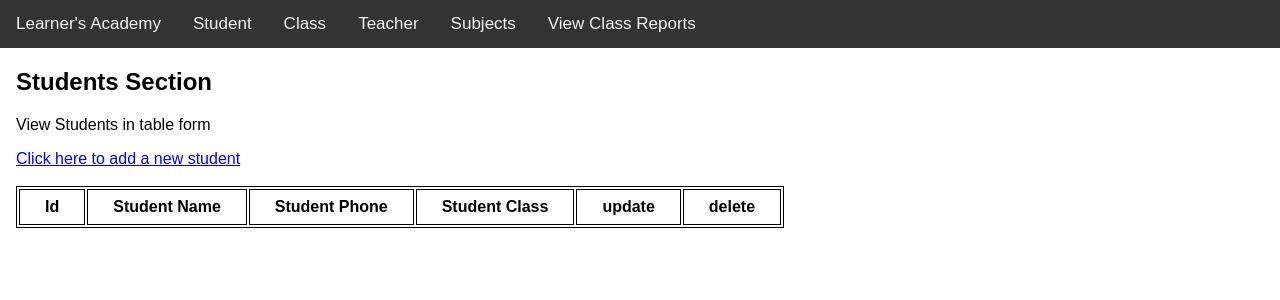
Repository: chirag627/Phase-2-Project
Page: http://localhost/Academy/web/student/student_list.jsp
An editor plug-in stored every save of this project. The page is shown before and after the next save, followed by the edit.
The browser window is 1280 px wide. The pictures show the whole page.
The page is served by Tomcat 9. Other server files are loaded and not shown. The template is opened directly, without the code that normally fills it, so the values that code supplies are empty.

Above is the page before, as saved 2022-08-15 13:56:08.

### Academy/src/main/webapp/web/student/student_list.jsp
<%@ taglib prefix="c" uri="http://java.sun.com/jsp/jstl/core"%>
<!DOCTYPE html>
<html>
<head>
<meta charset="ISO-8859-1">
<title>Student Master List</title>
</head>
<style>
td, th {
	padding-left: 25px;
	padding-right: 25px;
	padding-top: 8px;
	padding-bottom: 8px;
	border: 1px solid black;
}

table {
	border: 1px solid black;
}

body {
	margin: 0;
	font-family: Arial, Helvetica, sans-serif;
}

.topnav {
	overflow: hidden;
	background-color: #333;
}

.topnav a {
	float: left;
	color: #f2f2f2;
	text-align: center;
	padding: 14px 16px;
	text-decoration: none;
	font-size: 17px;
}

ul li a {
	color: black;
}
</style>
<body>
	<div class="topnav">
		<a>Learner's Academy</a> <a href="./AcademyStudentServlet">Student</a>
		<a href="classAction.html">Class</a> <a href="teaAction.html">Teacher</a>
		<a href="subAction.html">Subjects</a> <a href="viewClassReports.html">View
			Class Reports</a>
	</div>

	<div style="padding-left: 16px">
		<h2>Students Section</h2>
		<p>View Students in table form</p>
	</div>
	<div style="margin-left: 16px">
		<%
		if (request.getParameter("n") != null) {
			out.println("<h4 style=\"color:red\">" + request.getParameter("n") + "</h4>");
		}
		%>

		<a href="./web/student/student_add.jsp">Click here to add a new
			student</a> <br> <br>
		<table>
			<tr>
				<th>Id</th>
				<th>Student Name</th>
				<th>Student Phone</th>
								<th>Student Class</th>

				<th>update</th>
				<th>delete</th>
			</tr>
			<c:forEach var="student" items="${READ_STUDENT}">
				<tr>
					<td>${student.student_id}</td>
					<td>${student.student_name}</td>
					<td>${student.student_phone}</td>

					<td>${student.student_class}</td>

<td><a
						href="./AcademyStudentServlet?action=doDelete&&student_id=${student.student_id}">Delete</a></td>


				</tr>
			</c:forEach>
		</table>
	</div>
</body>
</html>

After the next save:
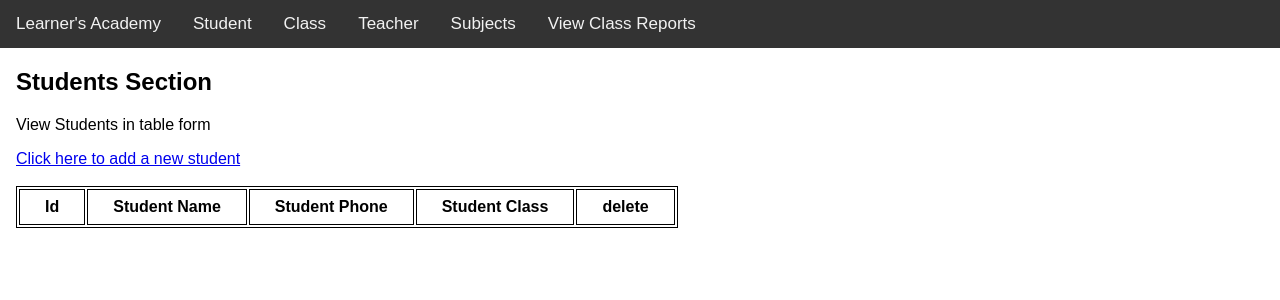
Saved 5 s later.
--- a/Academy/src/main/webapp/web/student/student_list.jsp
+++ b/Academy/src/main/webapp/web/student/student_list.jsp
@@ -67,9 +67,9 @@ ul li a {
 				<th>Id</th>
 				<th>Student Name</th>
 				<th>Student Phone</th>
-								<th>Student Class</th>
+				<th>Student Class</th>
 
-				<th>update</th>
+
 				<th>delete</th>
 			</tr>
 			<c:forEach var="student" items="${READ_STUDENT}">
@@ -80,7 +80,7 @@ ul li a {
 
 					<td>${student.student_class}</td>
 
-<td><a
+					<td><a
 						href="./AcademyStudentServlet?action=doDelete&&student_id=${student.student_id}">Delete</a></td>
 
 
